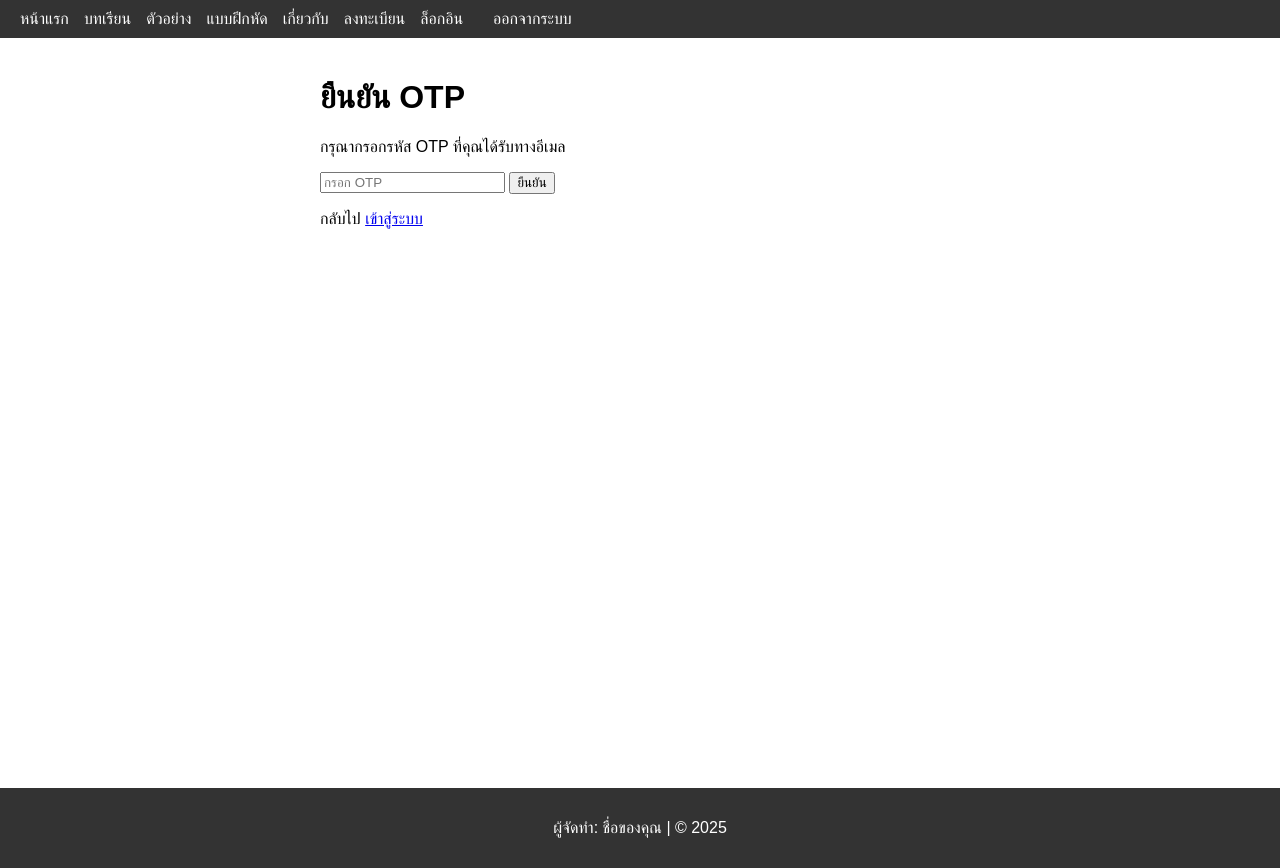
Repository: staggil/thesis
Page: verify_otp.html
These files come from the project's save history. The page is drawn as it stood at one moment and after the next save; the edit follows.
The browser window is 1280 px wide. The pictures show the whole page.
The page's requests for data from a server got no answer.

Above is the page before, as saved 2025-12-09 09:58:52.

### verify_otp.html
<!DOCTYPE html>
<html lang="th">
<head>
    <meta charset="UTF-8">
    <meta name="viewport" content="width=device-width, initial-scale=1.0">
    <title>ยืนยัน OTP - เว็บไซต์สอนเขียนโปรแกรม</title>
    <link rel="stylesheet" href="style.css">
    <script src="script.js" defer></script>
</head>
<body data-sidebar="/components/empty.html">

    <!-- Header -->
    <div id="header-placeholder"></div>

    <!-- Sidebar -->
    <div id="sidebar-placeholder"></div>

    <!-- Content -->
    <main id="main-content">
        <h1>ยืนยัน OTP</h1>
        <p>กรุณากรอกรหัส OTP ที่คุณได้รับทางอีเมล</p>

        <input type="text" id="otp" placeholder="กรอก OTP">
        <button id="verify-btn">ยืนยัน</button>
        <p id="message" style="color:red;"></p>

        <p>กลับไป <a href="login.html">เข้าสู่ระบบ</a></p>

        <script>
            document.getElementById("verify-btn").addEventListener("click", async () => {
                const otp = document.getElementById("otp").value;
                const res = await fetch("/verify-otp", {
                    method: "POST",
                    headers: { "Content-Type": "application/json" },
                    body: JSON.stringify({ otp })
                });
                const data = await res.json();
                document.getElementById("message").textContent = data.message;

                if(data.success) {
                    // ถ้า OTP ถูกต้อง อาจ redirect ไปหน้าอื่น
                    setTimeout(() => { window.location.href = "/login.html"; }, 2000);
                }
            });
        </script>
    </main>

    <!-- Footer -->
    <div id="footer-placeholder"></div>

</body>
</html>

### style.css
/* =========================
   Reset & Body
   ========================= */
body {
    margin: 0;
    font-family: Arial, sans-serif;
    box-sizing: border-box;
}

/* =========================
   Header
   ========================= */
header {
    background-color: #333;
    color: white;
    padding: 10px 20px;
}

.navbar ul {
    list-style: none;
    display: flex;
    gap: 15px;
    padding: 0;
    margin: 0;
}

.navbar ul li a {
    color: white;
    text-decoration: none;
}

/* =========================
   Sidebar
   ========================= */
#sidebar {
    width: 200px;               /* กำหนดความกว้าง */
    background-color: #f4f4f4;  /* สีพื้นหลัง */
    padding: 15px;              /* ระยะขอบภายใน */
    float: left;                /* ลอยซ้าย */
    height: 100vh;              /* ความสูงเต็มหน้าจอ */
    overflow-y: auto;           /* scroll ถ้ายาวเกิน */
}

#sidebar ul {
    list-style: none;
    padding: 0;
}

#sidebar ul li {
    margin-bottom: 10px;
}

#sidebar ul li a {
    text-decoration: none;
    color: #333;
    display: block;
    padding: 8px;
    border-radius: 4px;
    transition: background 0.3s;
}

#sidebar ul li a:hover {
    background-color: #ddd;
}

/* =========================
   Main Content
   ========================= */
#main-content {
    padding: 20px;          /* ระยะขอบภายใน */
    margin-left: 300px;     /* เว้นระยะจาก sidebar (sidebar width + 20px) */
    max-width: 700px;
}

/* กรณีหน้า index.html ไม่มี sidebar */
body.index #main-content {
    margin-left: 0;
    max-width: 700px;        /* กว้างเท่ากับหน้าที่มี sidebar */
    margin: 0 auto;          /* จัด content กลางหน้า */
}

/* =========================
   Footer
   ========================= */
footer {
    clear: both;
    background-color: #333;
    color: white;
    text-align: center;
    padding: 15px;
    position: relative;
}

/* =========================
   Responsive (มือถือ)
   ========================= */
@media screen and (max-width: 768px) {
    #sidebar {
        width: 100%;
        height: auto;
        float: none;
    }
    #main-content {
        margin-left: 0;
        padding: 15px;
    }

    .navbar ul {
        flex-direction: column;
        gap: 5px;
    }
}

/* =========================
   Empty sidebar
   ========================= */
#sidebar.empty-sidebar {
    background-color: #fff;   /* สีเดียวกับ container */
           /* คง padding เดิมถ้าอยากให้ layoutเหมือนหน้าที่มี sidebar */
    /* อย่าแก้ width หรือ float */
}

/* หน้า login ให้ layout อยู่กลางและสวยขึ้น */
body.login-page #main-content {
    max-width: 400px;       /* กว้างแค่พอ form */
    margin: 50px auto;      /* จัดกลางแนวนอนและเว้นบน */
    padding: 20px;
    background-color: #fff; /* เหมือน container */
    border-radius: 8px;
    box-shadow: 0 0 10px rgba(0,0,0,0.1);
}



/* หน้า register ให้ layout อยู่กลางเหมือน login */
body.register-page #main-content {
    max-width: 400px;          /* กว้างพอ form */
    margin: 50px auto;         /* จัดกลางหน้า */
    padding: 20px;
    background-color: #fff;    /* เหมือน container */
    border-radius: 8px;
    box-shadow: 0 0 10px rgba(0,0,0,0.1);
}

### script.js
function loadComponent(filePath, elementId) {
    if (!filePath) return;
    const el = document.getElementById(elementId);
    if (!el) {
        console.error(`ไม่พบ element id="${elementId}"`);
        return;
    }
    fetch(filePath)
        .then(response => {
            if (!response.ok) throw new Error("ไม่พบไฟล์ " + filePath);
            return response.text();
        })
        .then(data => {
            el.innerHTML = data;

            // หลังโหลด header ให้ตรวจสอบ session
            if (elementId === "header-placeholder") {
                updateHeaderLoginStatus();
            }
        })
        .catch(error => console.error(error));
}

// ฟังก์ชันตรวจสอบ login
function updateHeaderLoginStatus() {
    fetch("/me")
        .then(res => res.json())
        .then(user => {
            if (user.username) {
                // login แล้ว
                document.querySelectorAll(".login-only").forEach(el => el.style.display = "none");
                document.querySelectorAll(".user-only").forEach(el => el.style.display = "block");
                document.getElementById("username-display").textContent = user.fullname;

                // เพิ่ม listener logout
                const logoutLink = document.getElementById("logout-link");
                if (logoutLink) {
                    logoutLink.addEventListener("click", async (e) => {
                        e.preventDefault();
                        await fetch("/logout", { method: "POST" });
                        updateHeaderLoginStatus(); // รีเฟรชเมนู
                        window.location.href = "/login.html";
                    });
                }

            } else {
                // ยังไม่ได้ login
                document.querySelectorAll(".login-only").forEach(el => el.style.display = "block");
                document.querySelectorAll(".user-only").forEach(el => el.style.display = "none");
            }
        })
        .catch(err => console.error(err));
}

document.addEventListener("DOMContentLoaded", function() {
    loadComponent("/components/header.html", "header-placeholder");
    loadComponent("/components/footer.html", "footer-placeholder");

    const sidebarFile = document.body.getAttribute("data-sidebar");
    loadComponent(sidebarFile, "sidebar-placeholder");

    // ตรวจสอบ exercise links หลังจากโหลด header เสร็จ
    const checkExerciseLinks = () => {
        const exerciseLinks = document.querySelectorAll("a[href^='/exercises/']");
        exerciseLinks.forEach(link => {
            link.addEventListener("click", async (e) => {
                e.preventDefault();
                const res = await fetch("/me");
                const user = await res.json();
                if (!user.username) {
                    const goLogin = confirm("คุณต้อง login ก่อนเข้าแบบฝึกหัด\nไปหน้า Login ตอนนี้หรือไม่?");
                    if (goLogin) window.location.href = "/login.html";
                } else {
                    window.location.href = link.href;
                }
            });
        });
    };

    // รอ header โหลดเสร็จแล้วค่อย bind
    const headerInterval = setInterval(() => {
        if (document.getElementById("header-placeholder").children.length > 0) {
            clearInterval(headerInterval);
            checkExerciseLinks();
        }
    }, 50);
});

### components/header.html
<header>
   <nav class="navbar">
        <ul id="nav-items">
            <li><a href="/index.html">หน้าแรก</a></li>
            <li><a href="/lessons/intro.html">บทเรียน</a></li>
            <li><a href="/examples/draw-rect.html">ตัวอย่าง</a></li>
            <li><a href="/exercises/exercise1.html">แบบฝึกหัด</a></li>
            <li><a href="/about/about.html">เกี่ยวกับ</a></li>
            <li class="login-only"><a href="/register.html">ลงทะเบียน</a></li>
            <li class="login-only"><a href="/login.html">ล็อกอิน</a></li>
            <li class="user-only"><span id="username-display"></span></li>
            <li class="user-only"><a href="#" id="logout-link">ออกจากระบบ</a></li>
        </ul>
    </nav>
</header>

### components/footer.html
<footer>
    <p>ผู้จัดทำ: ชื่อของคุณ | © 2025</p>
</footer>

### components/empty.html
<aside id="sidebar" class="empty-sidebar">
    <ul>

    </ul>
</aside>

After the next save:
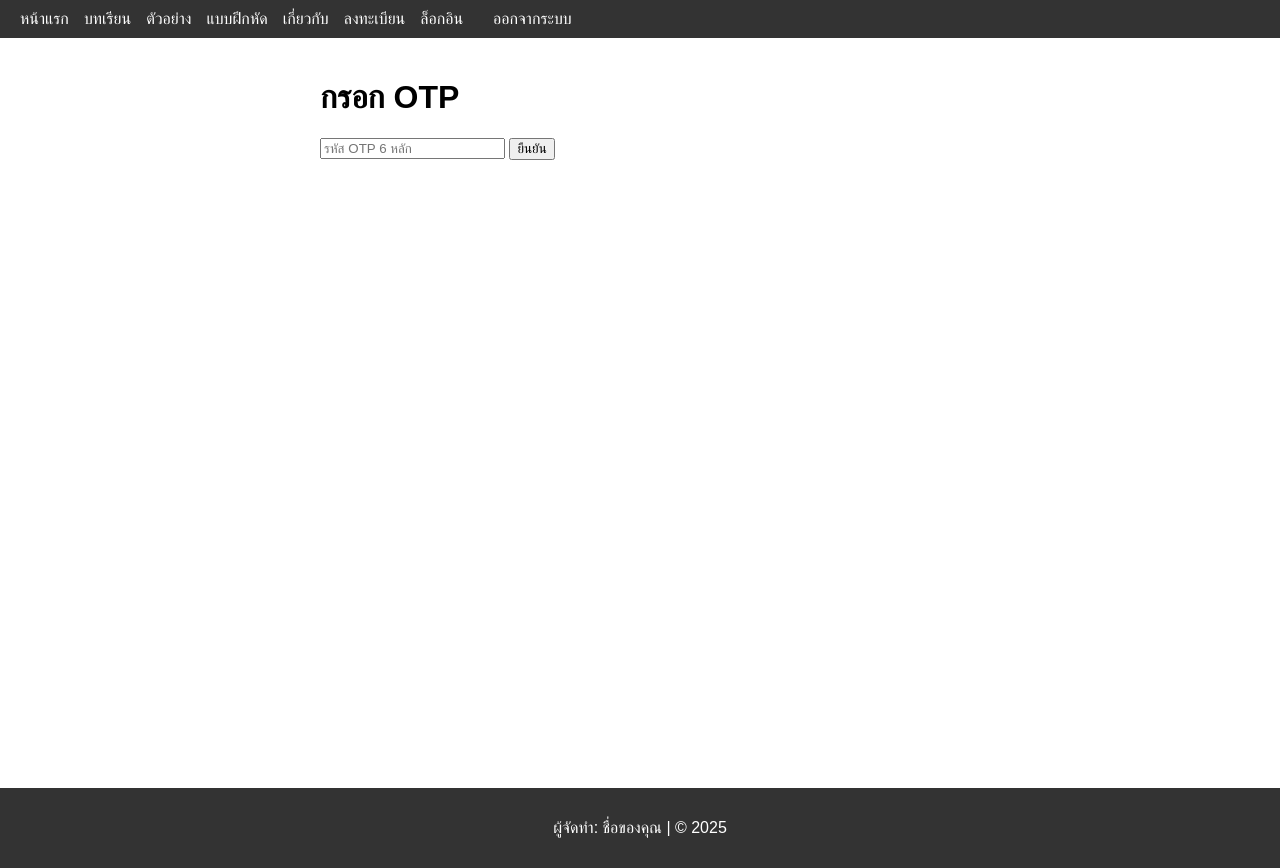
Saved 37 s later.
--- a/verify_otp.html
+++ b/verify_otp.html
@@ -1,52 +1,62 @@
 <!DOCTYPE html>
 <html lang="th">
 <head>
-    <meta charset="UTF-8">
-    <meta name="viewport" content="width=device-width, initial-scale=1.0">
-    <title>ยืนยัน OTP - เว็บไซต์สอนเขียนโปรแกรม</title>
-    <link rel="stylesheet" href="style.css">
-    <script src="script.js" defer></script>
+<meta charset="UTF-8">
+<meta name="viewport" content="width=device-width, initial-scale=1.0">
+<title>ยืนยัน OTP</title>
+<link rel="stylesheet" href="style.css">
+<script src="script.js" defer></script>
 </head>
 <body data-sidebar="/components/empty.html">
 
-    <!-- Header -->
-    <div id="header-placeholder"></div>
+<!-- Header -->
+<div id="header-placeholder"></div>
 
-    <!-- Sidebar -->
-    <div id="sidebar-placeholder"></div>
+<!-- Sidebar -->
+<div id="sidebar-placeholder"></div>
 
-    <!-- Content -->
-    <main id="main-content">
-        <h1>ยืนยัน OTP</h1>
-        <p>กรุณากรอกรหัส OTP ที่คุณได้รับทางอีเมล</p>
+<!-- Content -->
+<main id="main-content">
+    <h1>กรอก OTP</h1>
+    <form id="otp-form">
+        <input type="text" id="otp" placeholder="รหัส OTP 6 หลัก" required>
+        <button type="submit">ยืนยัน</button>
+    </form>
+    <p id="otp-error" style="color:red; display:none;"></p>
+    <p id="otp-success" style="color:green; display:none;"></p>
+</main>
 
-        <input type="text" id="otp" placeholder="กรอก OTP">
-        <button id="verify-btn">ยืนยัน</button>
-        <p id="message" style="color:red;"></p>
+<!-- Footer -->
+<div id="footer-placeholder"></div>
 
-        <p>กลับไป <a href="login.html">เข้าสู่ระบบ</a></p>
+<script>
+document.getElementById("otp-form").addEventListener("submit", async (e) => {
+    e.preventDefault();
+    const otp = document.getElementById("otp").value;
+    const email = sessionStorage.getItem("otp_email"); // ใช้ email จาก register
 
-        <script>
-            document.getElementById("verify-btn").addEventListener("click", async () => {
-                const otp = document.getElementById("otp").value;
-                const res = await fetch("/verify-otp", {
-                    method: "POST",
-                    headers: { "Content-Type": "application/json" },
-                    body: JSON.stringify({ otp })
-                });
-                const data = await res.json();
-                document.getElementById("message").textContent = data.message;
+    const res = await fetch("/verify-otp", {
+        method: "POST",
+        headers: { "Content-Type": "application/json" },
+        body: JSON.stringify({ otp })
+    });
+    const data = await res.json();
 
-                if(data.success) {
-                    // ถ้า OTP ถูกต้อง อาจ redirect ไปหน้าอื่น
-                    setTimeout(() => { window.location.href = "/login.html"; }, 2000);
-                }
-            });
-        </script>
-    </main>
+    const errEl = document.getElementById("otp-error");
+    const successEl = document.getElementById("otp-success");
 
-    <!-- Footer -->
-    <div id="footer-placeholder"></div>
+    if (data.success) {
+        successEl.textContent = data.message;
+        successEl.style.display = "block";
+        errEl.style.display = "none";
 
+        setTimeout(() => window.location.href = "/login.html", 1500); // ไป login หลัง OTP ถูกต้อง
+    } else {
+        errEl.textContent = data.message;
+        errEl.style.display = "block";
+        successEl.style.display = "none";
+    }
+});
+</script>
 </body>
 </html>
